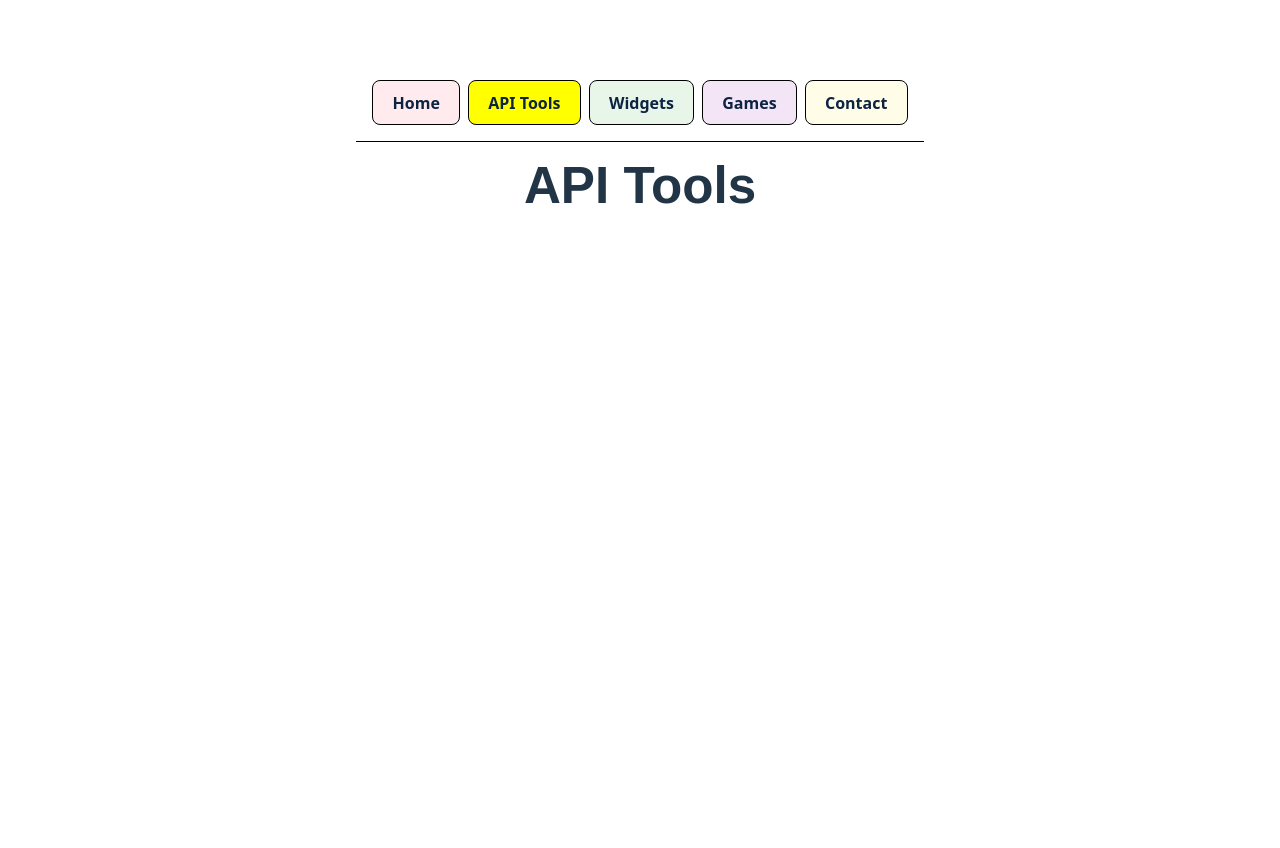
Repository: ourshadetree/TimPortfolio
Page: /api-tools
An editor plug-in stored every save of this project. The page is shown before and after the next save, followed by the edit.
The browser window is 1280 px wide. The pictures show the whole page.
The project was rebuilt for these pictures with package versions that can differ from the ones it lists, and the page was loaded fresh each time. Also part of the build but not shown: vite.config.js, src/views/HomeView.vue, src/views/Widgets.vue, src/views/Games.vue, src/views/Contact.vue.

Above is the page before, as saved 2025-05-07 11:13:45.

### src/main.js
// src/main.js
import { createApp } from 'vue'
import App          from './App.vue'
import { router }   from './router'
import './style.css'

createApp(App)
  .use(router)
  .mount('#app')

### src/App.vue
<!-- src/App.vue -->
<template>
  <div id="app">
    <header>
      <nav>
        <router-link to="/"       class="tab tab--home">Home</router-link>
        <router-link to="/api-tools" class="tab tab--api">API Tools</router-link>
        <router-link to="/widgets"   class="tab tab--widgets">Widgets</router-link>
        <router-link to="/games"     class="tab tab--games">Games</router-link>
        <router-link to="/contact"   class="tab tab--contact">Contact</router-link>
      </nav>
    </header>
    <main>
      <router-view/>
    </main>
  </div>
</template>


<script setup>
// no script needed here yet
</script>

<style>
#app {
  background: white;
  min-height: 100vh;
}

h1 {
  font-family: 'Sora', sans-serif;
  font-size: 2.2rem;
  font-weight: 900;
  margin: 1rem 0;
  /* etc… */
}

/* header/nav styling */
header {
  padding: 1rem;
  border-bottom: 1px solid black;
  text-align: center;
}
nav {
  display: inline-flex;
  gap: 0.5rem;
}
nav a {
  padding: 0.5rem 1rem;
  border: 1px solid black;
  border-radius: 8px;
  background: #FDEFF9; /* pastel pink */
  color: #0C2442;
  text-decoration: none;
  font-weight: bold;
}
nav a.router-link-active {
  background: yellow; /* pastel blue when active */
}

/* base tab style */
.tab {
  padding: 0.6rem 1.2rem;
  border: 1px solid #000;
  border-radius: 8px;
  text-decoration: none;
  font-weight: bold;
  color: #0C2442;
  transition: opacity .2s;
}
.tab:hover {
  opacity: 0.8;
}

/* pastel colours for each */
.tab--home     { background: #FFEBEE; } /* very light pink */
.tab--api      { background: #E3F2FD; } /* very light blue */
.tab--widgets  { background: #E8F5E9; } /* very light green */
.tab--games    { background: #F3E5F5; } /* very light purple */
.tab--contact  { background: #FFFDE7; } /* very light yellow */

</style>

### src/router/index.js
// src/router/index.js
import { createRouter, createWebHistory } from 'vue-router'
import HomeView    from '../views/HomeView.vue'
import ApiTools    from '../views/ApiTools.vue'
import Widgets     from '../views/Widgets.vue'
import Games       from '../views/Games.vue'
import Contact     from '../views/Contact.vue'

const routes = [
  { path: '/',           name: 'Home',      component: HomeView },
  { path: '/api-tools',   name: 'API Tools', component: ApiTools },
  { path: '/widgets',     name: 'Widgets',   component: Widgets },
  { path: '/games',       name: 'Games',     component: Games },
  { path: '/contact',     name: 'Contact',   component: Contact },
]

export const router = createRouter({
  history: createWebHistory(),
  routes,
})

### src/views/ApiTools.vue
<!-- src/views/ApiTools.vue -->
<template><section><h1>API Tools</h1></section></template>
<script setup></script>
<style scoped></style>

### src/assets/main.css
h1 {
    font-family: 'Sora', sans-serif;
    font-size: 2.2rem;
    font-weight: 900;
    margin: 1rem 0;
    /* etc… */
  }

Loaded but not shown: index.html (common file); src/style.css (common file)

After the next save:
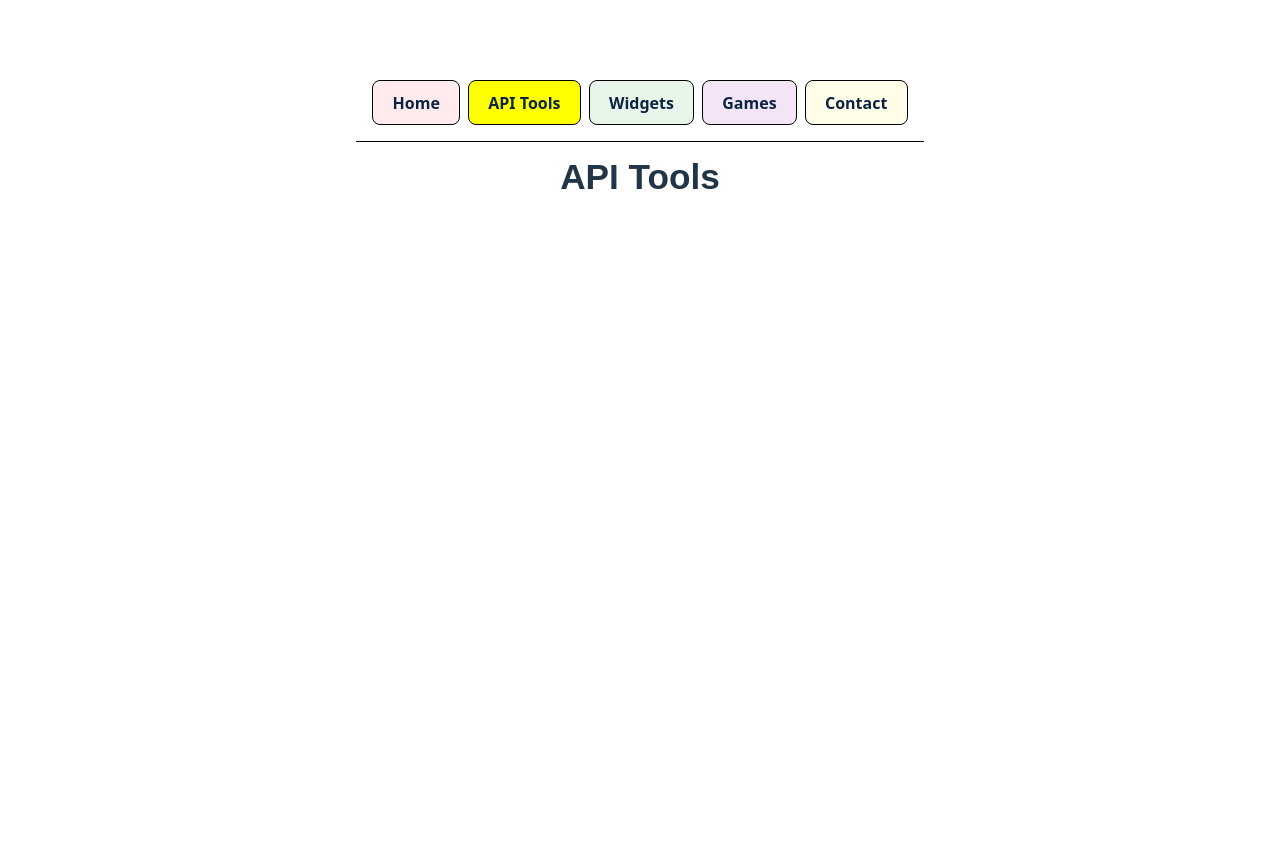
Saved 9 s later.
--- a/src/main.js
+++ b/src/main.js
@@ -3,6 +3,7 @@ import { createApp } from 'vue'
 import App          from './App.vue'
 import { router }   from './router'
 import './style.css'
+import './assets/main.css'
 
 createApp(App)
   .use(router)
